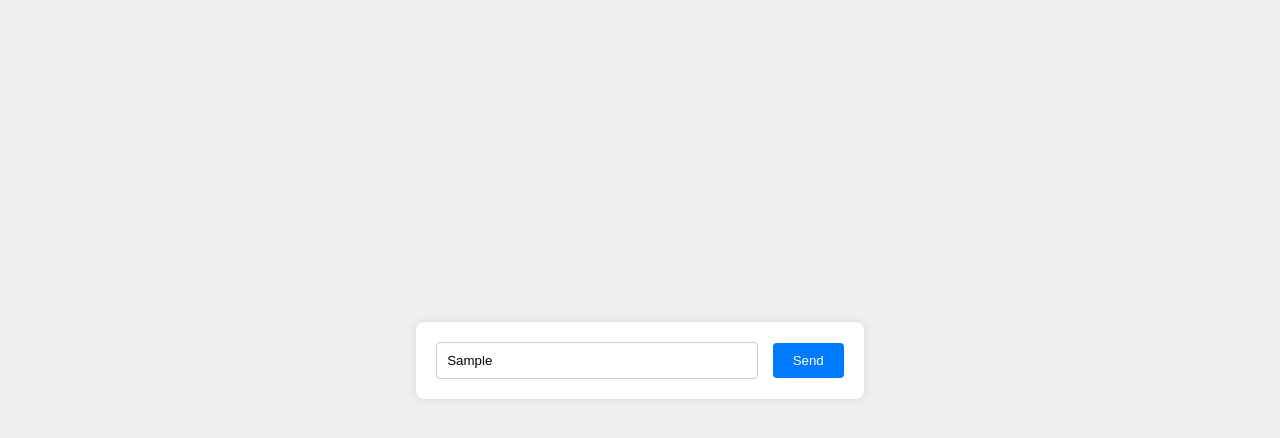
Repository: ulrichhamaani237/websocket-app
Page: socket.io/index.html
The author's editor kept a copy of each file at every save. The page is drawn from the files as they stood at one save, then again after the next save.
The browser window is 1280 px wide. The pictures show the whole page.
Empty fields were first filled with sample values (such as "Sample", 5 or name@example.com).
After loading, the first visible `#form` was submitted once.
The page's requests for data from a server got no answer.

Above is the page before, as saved 2025-02-06 15:12:33.
Console error: TypeError: Cannot read properties of null (reading 'value')

After the next save:
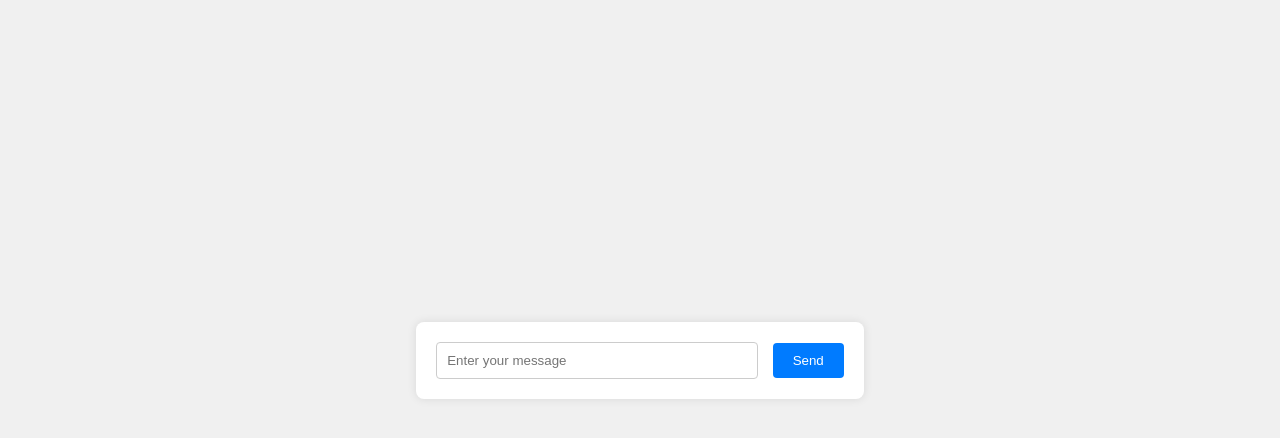
The error is gone.
Saved 30 s later.
--- a/socket.io/script.js
+++ b/socket.io/script.js
@@ -1,24 +1,25 @@
 const socket = io("http://localhost:5000");
 
 socket.on("connect", () => {
-    console.log("Connection established with the server");
+  console.log("Connexion établie avec le serveur");
 });
 
-document.getElementById('form').addEventListener('submit', (event) => {
-    event.preventDefault();
-    const input = document.getElementById('input');
-    const message = input.value;
-    socket.emit("client-message", message);
-    input.value = '';
+document.getElementById("form").addEventListener("submit", (event) => {
+  event.preventDefault();
+  const input = document.getElementById("message"); // Utilisation de l'ID "message"
+  const message = input.value;
+  socket.emit("client-message", message);
+  input.value = "";
 });
 
 socket.on("server-message", (message) => {
-    const li = document.createElement("li");
-    li.textContent = ` ${socket.id}: message`;
-    document.getElementById('ulmsg').appendChild(li);
-    console.log("Message depuis le server", message);
+  const li = document.createElement("li");
+  // Affichage de l'ID du socket et du message reçu
+  li.textContent = `${socket.id}: ${message}`;
+  document.getElementById("ulmsg").appendChild(li);
+  console.log("Message reçu depuis le serveur :", message);
 });
 
 socket.on("disconnect", () => {
-    console.log("Server has closed the connection");
+  console.log("Le serveur a fermé la connexion");
 });
